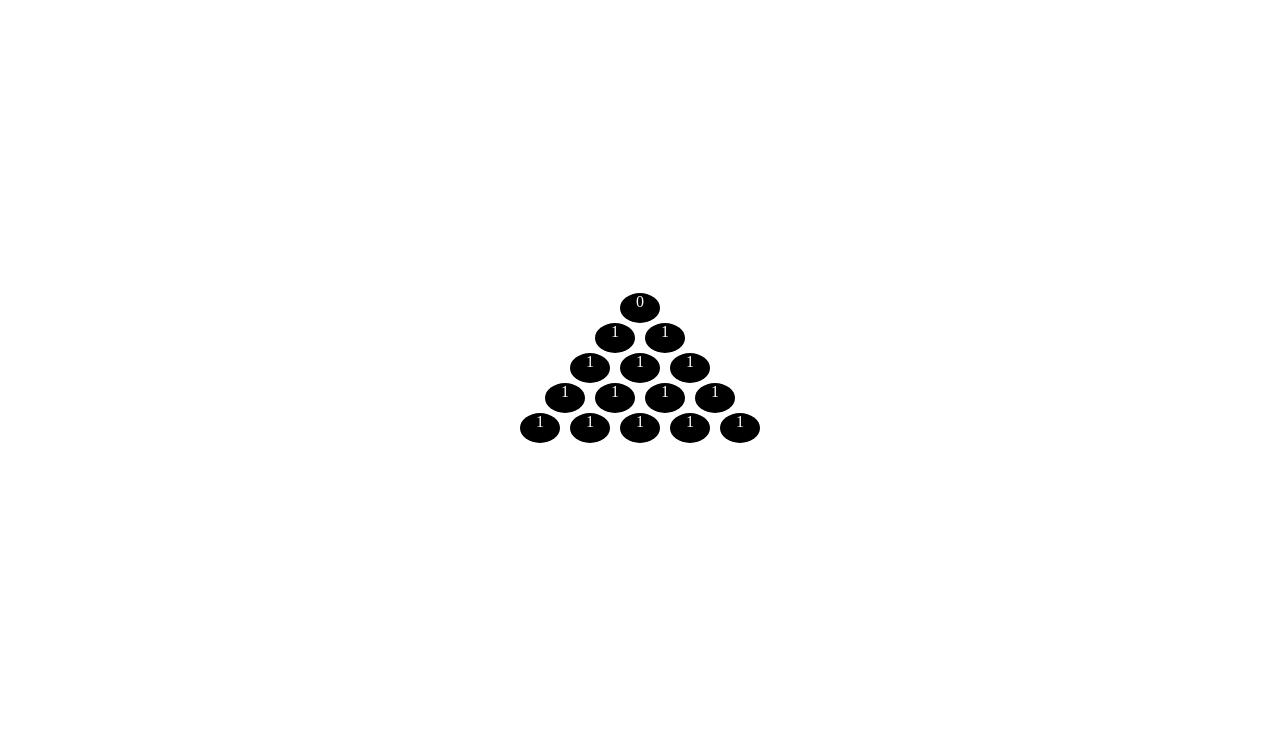
Repository: Yash19075/Mathematical-Peg-game
Page: Peg-game.html
An editor plug-in stored every save of this project. The page is shown before and after the next save, followed by the edit.
The browser window is 1280 px wide. The pictures show the whole page.

Above is the page before, as saved 2025-03-15 11:59:09.

After the next save:
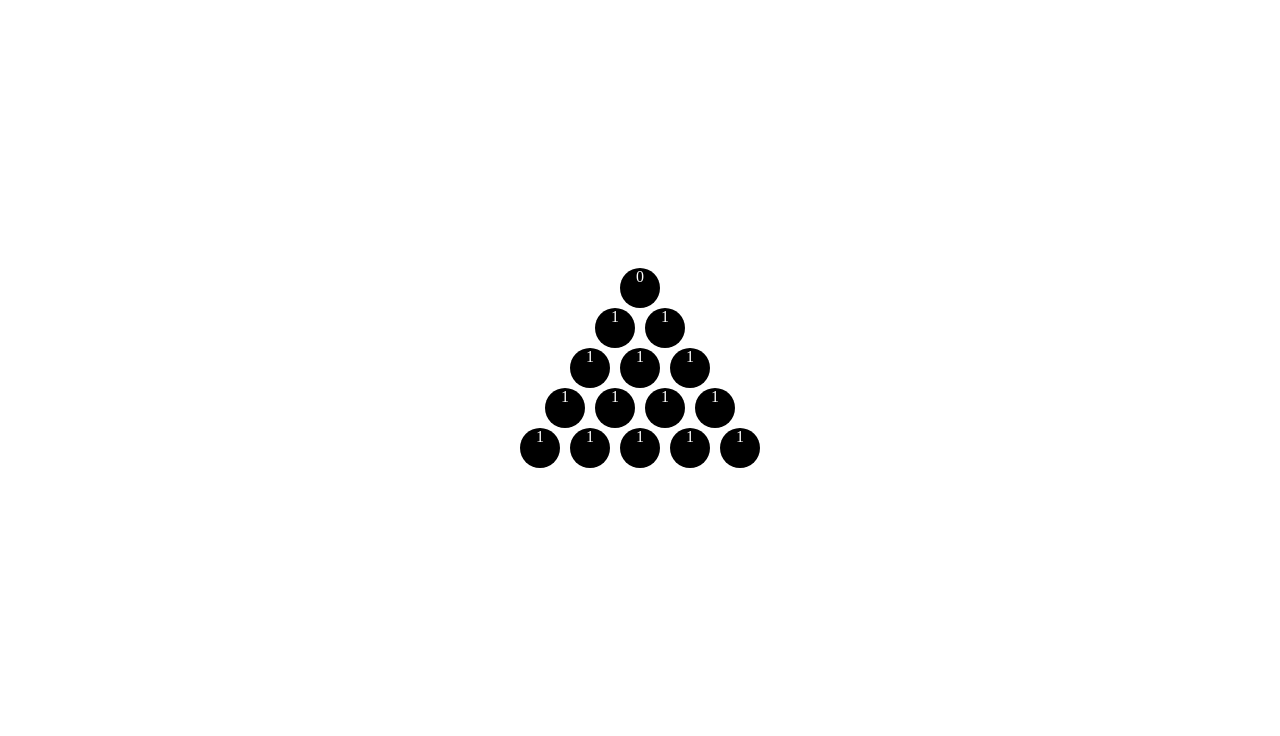
Saved 7 s later.
--- a/Peg-game.css
+++ b/Peg-game.css
@@ -23,6 +23,6 @@ body {
     color: white;
     width: 40px;
     /* align-items: center; */
-    height: 30px;
+    height: 40px;
     text-align: center;
 }
